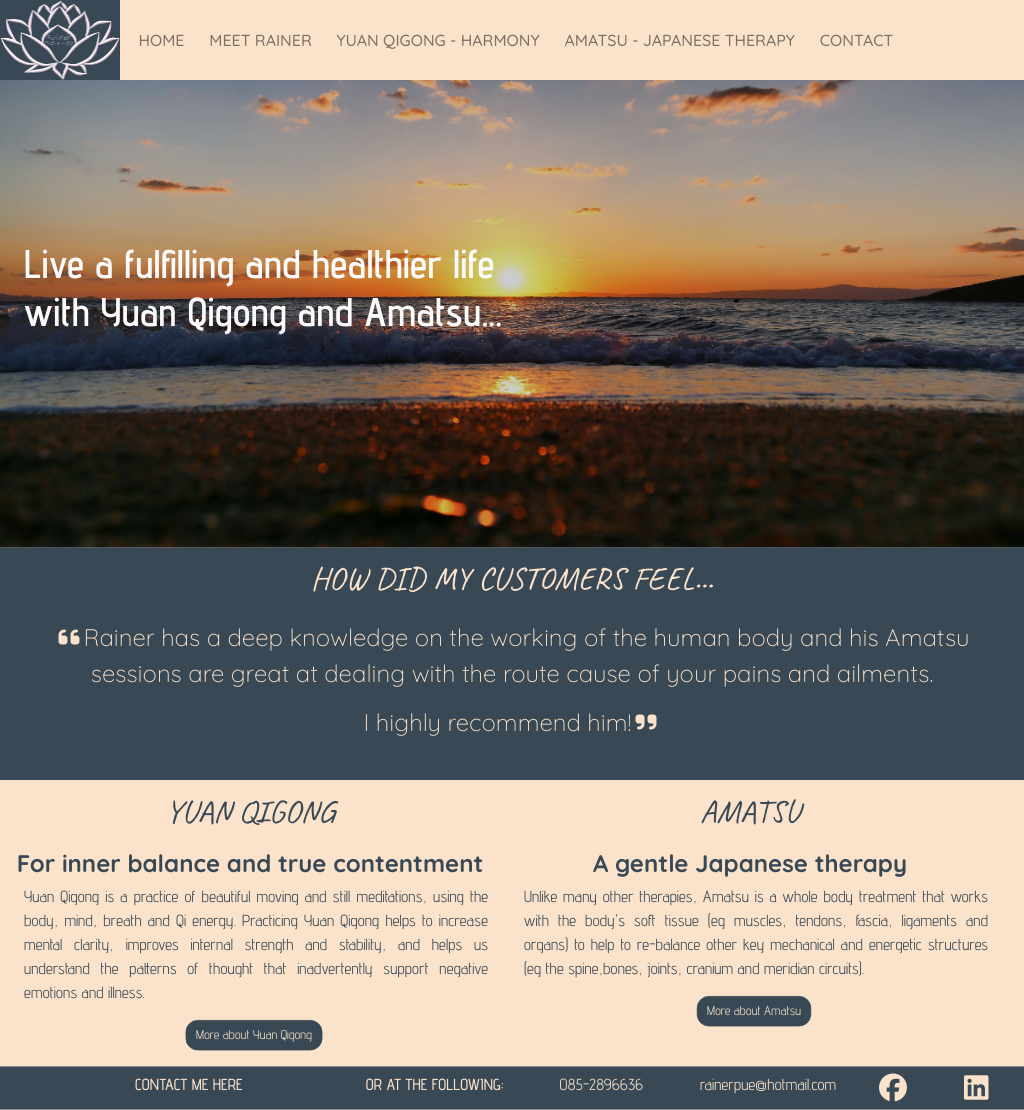
Repository: rainerpue/practitioner_website
Page: index.html
The author's editor kept a record of every edit. The page is drawn from the files as they stood at one moment, then again after the next edit.
The browser window is 1280 px wide. The pictures show the whole page, at 80% of full size.
Backgrounds fixed to the window are drawn as part of the page. Some web libraries are served in a nearby version.

Above is the page before.

After the next edit:
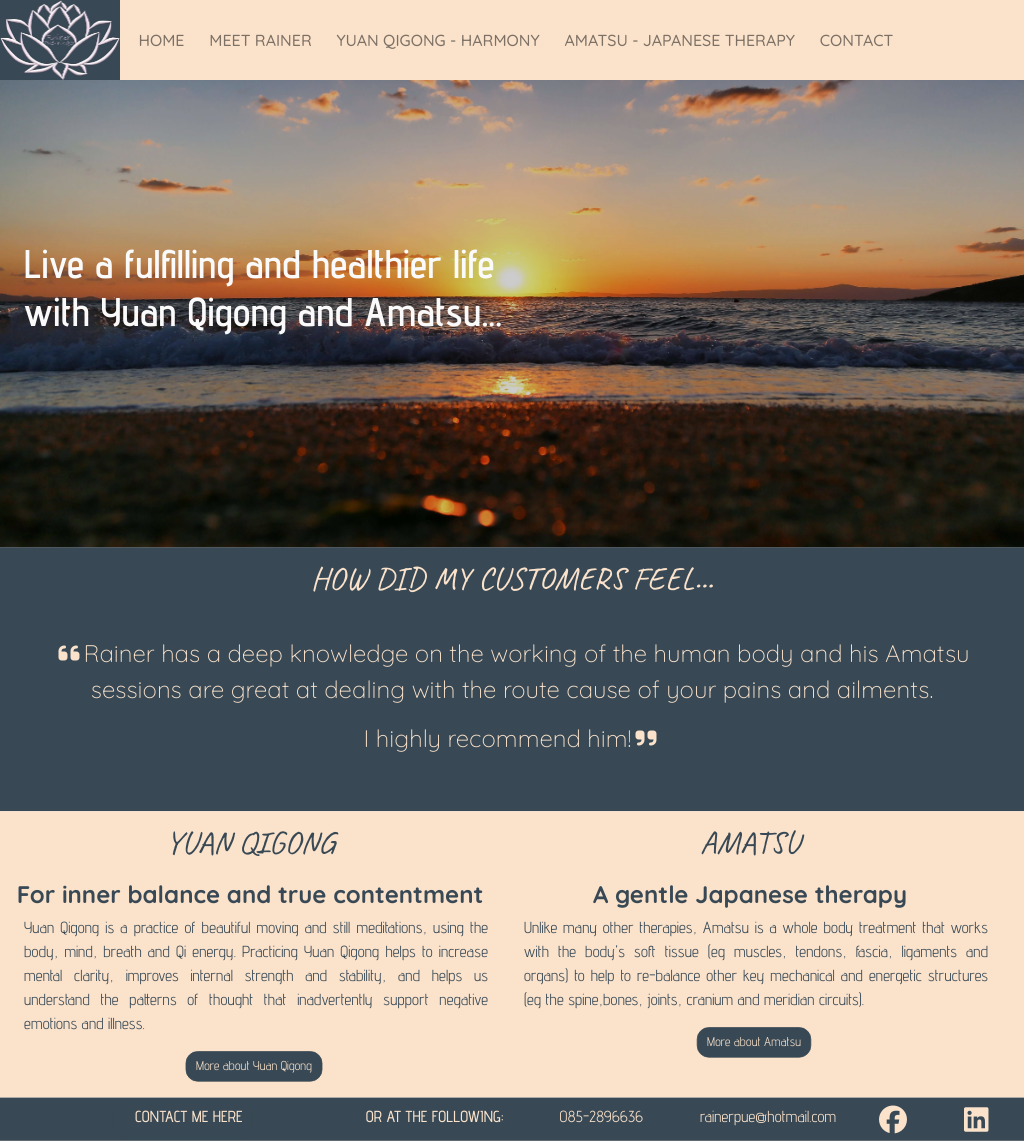
The edit:
--- a/assets/css/style.css
+++ b/assets/css/style.css
@@ -626,12 +626,6 @@
     }
 }
 
-@media (min-width: 768px) {
-    .slide {
-        min-height: 20vh;
-    }
-}
-
 /* media query to hide short section divider on bigger screen */
 
 @media (min-width: 768px) {
